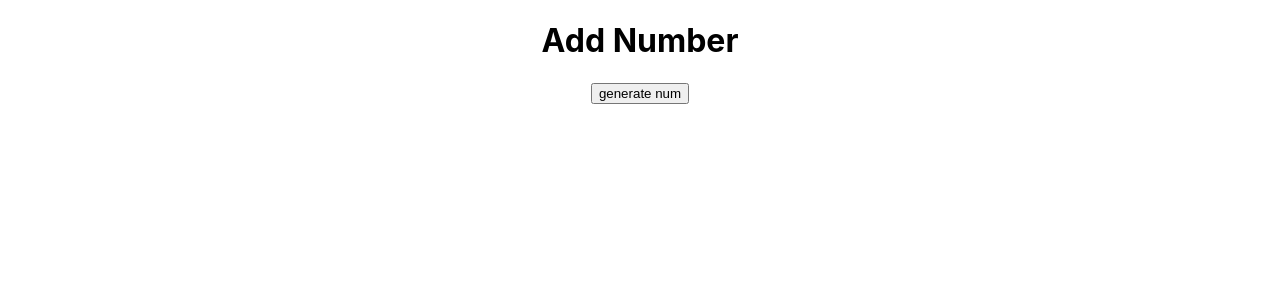
Repository: FbW-E01/spa-components-lotto-gronger
Page: / (app in hello/)
These files come from the project's save history. The page is drawn as it stood at one moment and after the next save; the edit follows.
The browser window is 1280 px wide. The pictures show the whole page.
The project was rebuilt for these pictures with package versions that can differ from the ones it lists, and the page was loaded fresh each time.

Above is the page before, as saved 2021-07-07 14:57:36.

After the next save:
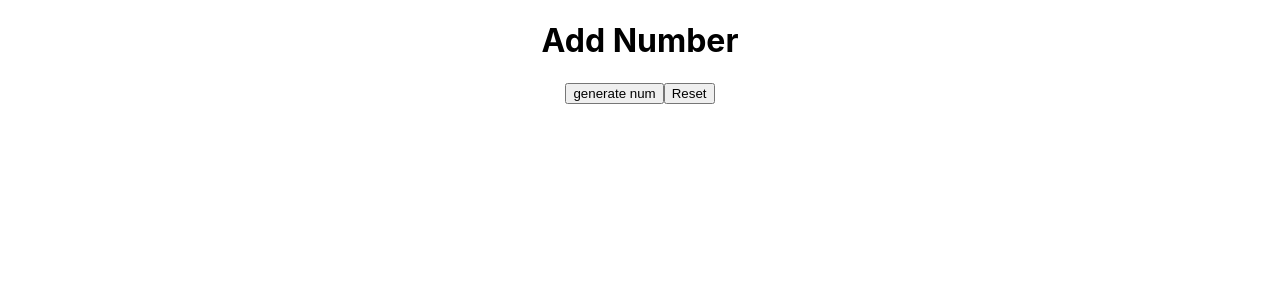
Saved 23 s later.
--- a/hello/src/components/component1.jsx
+++ b/hello/src/components/component1.jsx
@@ -49,6 +49,7 @@ export default class Component1 extends Component {
                     generate num
 
                 </button>
+                <button>Reset</button>
             </div>
         )
     }
